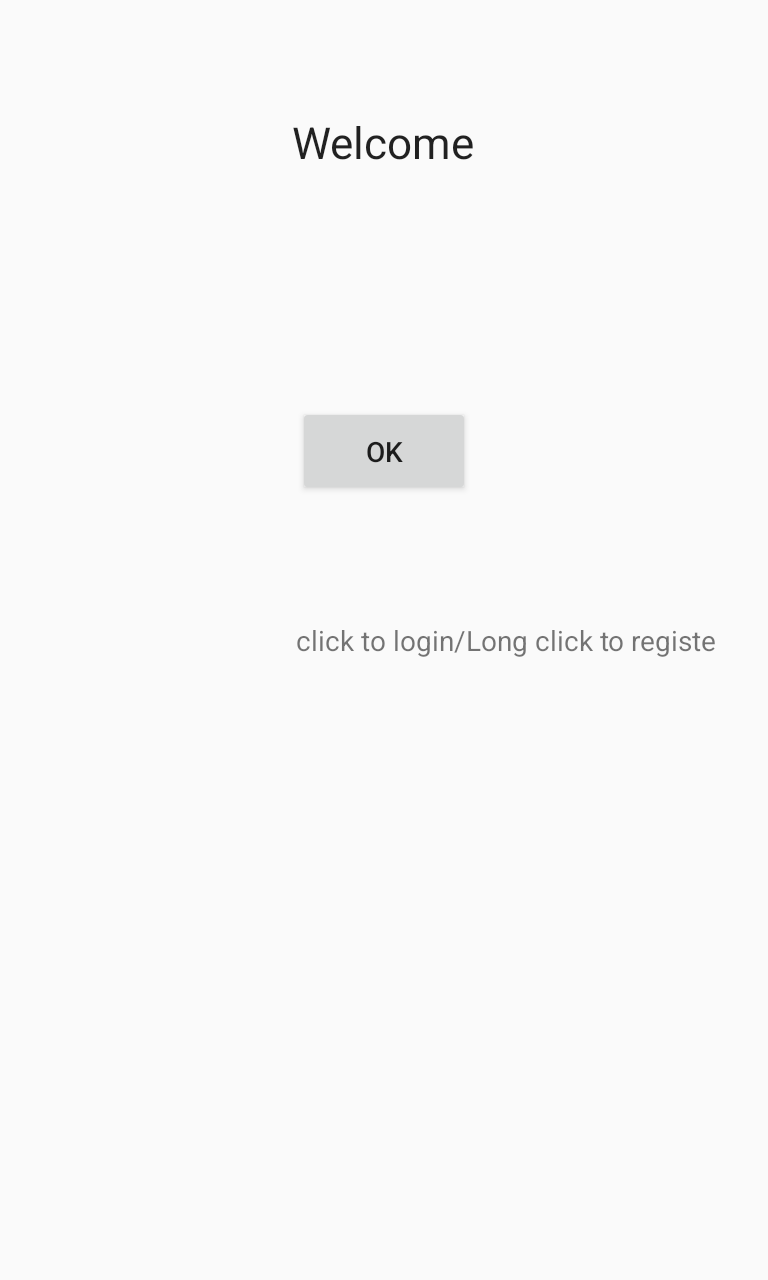
Repository: shivamgeek/Android-Code-Examples
Layout: RegisterDB/res/layout/activity_main.xml
An editor plug-in stored every save of this project. The layout is shown before and after the next save, followed by the edit.
It is drawn on a 768 x 1280 px phone screen (xhdpi) without system bars, with theme AppTheme; the app's code is not run.

Above is the layout before, as saved 2015-08-12 12:35:55.

After the next save:
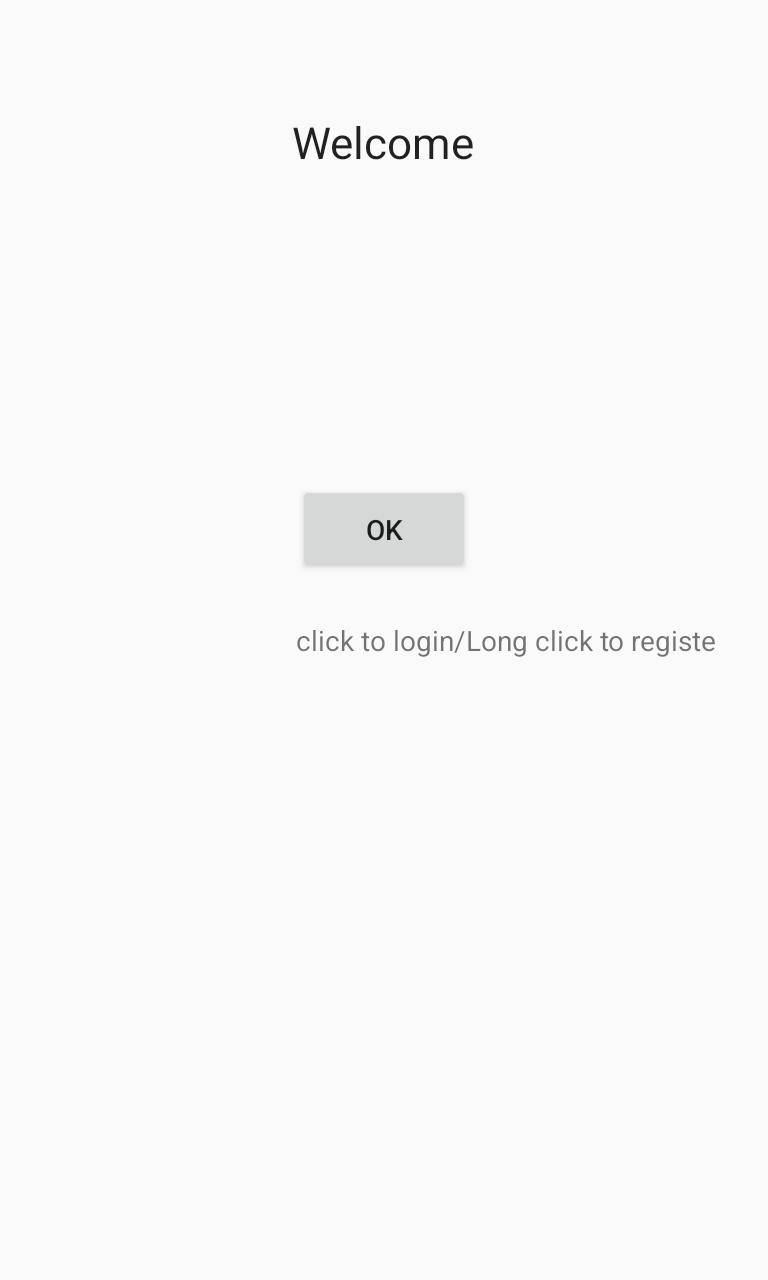
Saved 4 min 11 s later.
--- a/RegisterDB/res/layout/activity_main.xml
+++ b/RegisterDB/res/layout/activity_main.xml
@@ -20,15 +20,6 @@
         android:text="Welcome"
         android:textAppearance="?android:attr/textAppearanceLarge" />
 
-    <Button
-        android:id="@+id/button1"
-        android:layout_width="wrap_content"
-        android:layout_height="wrap_content"
-        android:layout_below="@+id/textView1"
-        android:layout_centerHorizontal="true"
-        android:layout_marginTop="116dp"
-        android:text="Ok" />
-
     <TextView
         android:id="@+id/textView2"
         android:layout_width="wrap_content"
@@ -37,4 +28,13 @@
         android:layout_centerVertical="true"
         android:text="click to login/Long click to registe" />
 
+    <Button
+        android:id="@+id/button1"
+        android:layout_width="wrap_content"
+        android:layout_height="wrap_content"
+        android:layout_above="@+id/textView2"
+        android:layout_centerHorizontal="true"
+        android:layout_marginBottom="22dp"
+        android:text="Ok" />
+
 </RelativeLayout>
